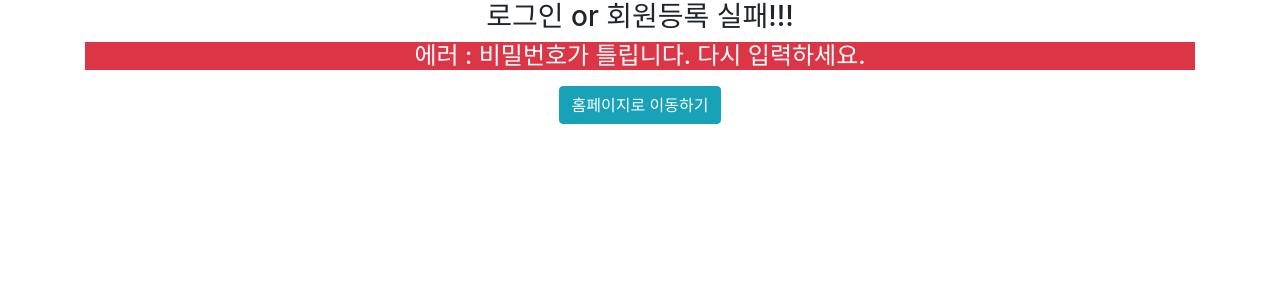
Repository: NoChanJong/JSP
Page: http://localhost/jsp08_member/login
These files come from the project's save history. The page is drawn as it stood at one moment and after the next save; the edit follows.
The browser window is 1280 px wide. The pictures show the whole page.
The page is served by Tomcat 9. Queries for data that is not in the repository find no rows.

Above is the page before, as saved 2023-05-23 01:30:47.

After the next save:
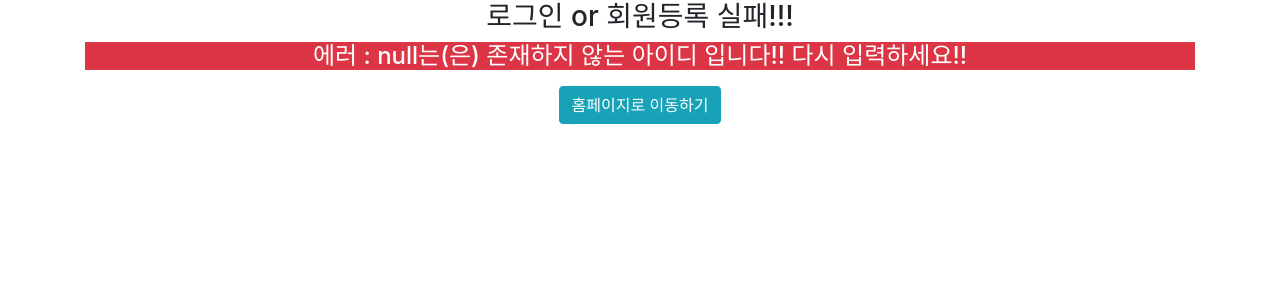
Saved 48 s later.
--- a/jsp08_member/src/main/java/com/lec/member/servlet/LoginServlet.java
+++ b/jsp08_member/src/main/java/com/lec/member/servlet/LoginServlet.java
@@ -24,7 +24,6 @@ public class LoginServlet extends HttpServlet {
 	@Override
 	protected void doGet(HttpServletRequest req, HttpServletResponse res)
 			throws ServletException, IOException {
-		// TODO Auto-generated method stub
 		process(req, res);
 	}
 
@@ -43,7 +42,7 @@ public class LoginServlet extends HttpServlet {
 		Connection conn = null;
 		PreparedStatement pstmt = null;
 		ResultSet rs = null;
-		String sql = "select id, password, name, regnumber, gender, regdate, mileage from member where id=?";
+		String sql = "select id, password, name, regnumber, gender, mileage from member where id = ?";
 
 		ServletContext sct = getServletContext();
 		String url = sct.getInitParameter("url");
@@ -64,18 +63,18 @@ public class LoginServlet extends HttpServlet {
 					sess.setAttribute("login_info", member);
 					// res.sendRedirect("/jsp08_member/resources/login_success.jsp");
 					res_url = "/resources/login_success.jsp";
-				} else { // 아이디가 없는 경우
-					req.setAttribute("error_message", id + "는(은) 존재하지 않는 아이디 입니다. 다시 입력하세요.");
+				} else {
+					req.setAttribute("error_message", "비밀번호가 틀립니다!! 다시 입력하세요!!");
 					// res.sendRedirect("/jsp08_member/resources/error.jsp");
 					res_url = "/resources/error.jsp";
 				}
-			} else { // 비밀번호가 틀린 경우
-				req.setAttribute("error_message", "비밀번호가 틀립니다. 다시 입력하세요.");
+			}  else { // 아이디가 없는 경우
+				req.setAttribute("error_message", id + "는(은) 존재하지 않는 아이디 입니다!! 다시 입력하세요!!");
 				// res.sendRedirect("/jsp08_member/resources/error.jsp");
 				res_url = "/resources/error.jsp";
 				// res_url = "/login_form.jsp";
 			}
-		} catch (Exception e) {
+		} catch(Exception e) {
 			e.printStackTrace();
 			req.setAttribute("error_message", e.getMessage());
 			res.sendRedirect("/jsp08_member/resources/error.jsp");
